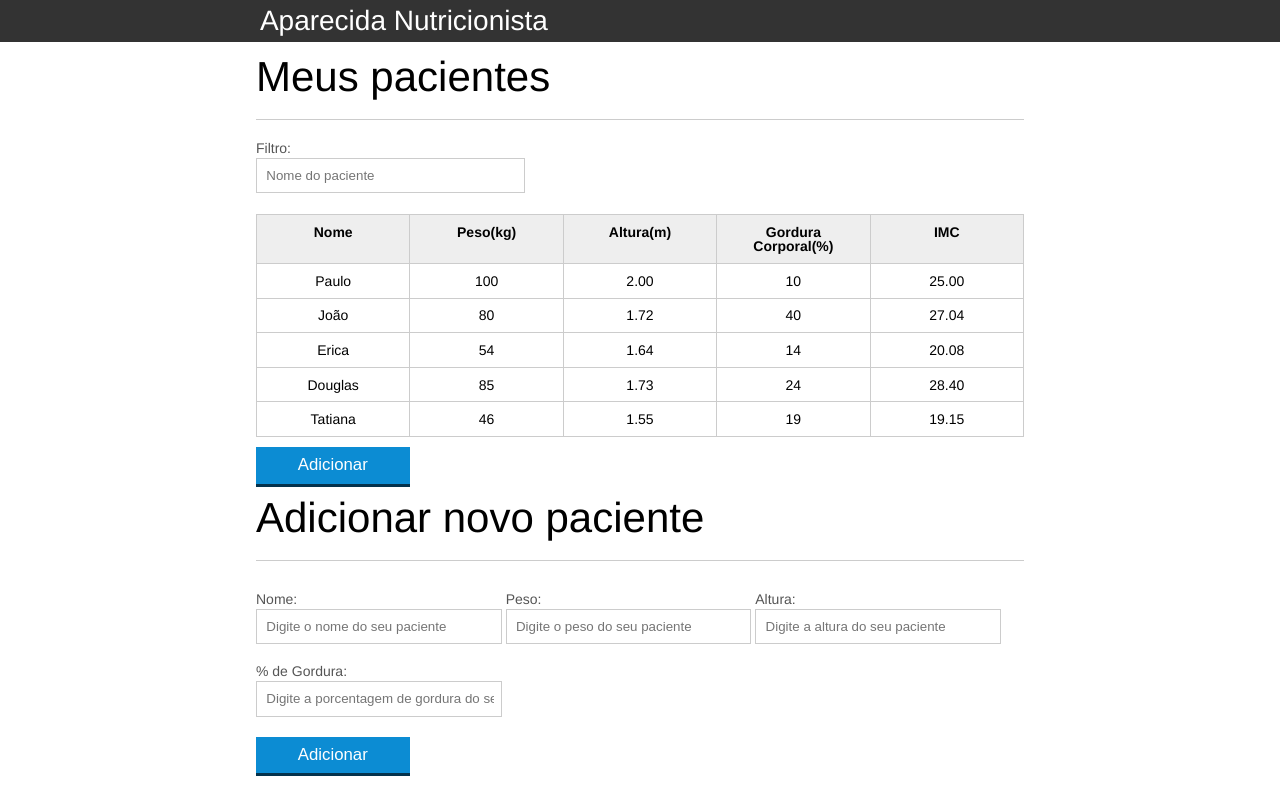
Repository: GabbLps/Controle-de-Clientes-Alura
Page: index.html
These files come from the project's save history. The page is drawn as it stood at one moment and after the next save; the edit follows.
The browser window is 1280 px wide. The pictures show the whole page.

Above is the page before, as saved 2022-05-16 11:33:39.

### index.html
<!DOCTYPE html>
<html lang="pt-br">
	<head>
		<meta charset="UTF-8">
		<title>Aparecida Nutrição</title>
		<link rel="icon" href="favicon.ico" type="image/x-icon">
		<link rel="stylesheet" type="text/css" href="css/reset.css">
		<link rel="stylesheet" type="text/css" href="css/index.css">

	</head>
	<body>

		<header>
			<div class="container">
				<h1 class="titulo">Aparecida Nutrição</h1>
			</div>
		</header>
		<main>
			<section class="container">
				<h2>Meus pacientes</h2>
				<label for="filtrar-tabela">Filtro:</label>
				<input type="text" name="filtro" id="filtrar-tabela" placeholder="Nome do paciente">
				<table>
					<thead>
						<tr>
							<th>Nome</th>
							<th>Peso(kg)</th>
							<th>Altura(m)</th>
							<th>Gordura Corporal(%)</th>
							<th>IMC</th>
						</tr>
					</thead>
					<tbody id="tabela-pacientes">
						<tr class="paciente" id="primeiro-paciente" >
							<td class="info-nome">Paulo</td>
							<td class="info-peso">100</td>
							<td class="info-altura">2.00</td>
							<td class="info-gordura">10</td>
							<td class="info-imc">0</td>
						</tr>

						<tr class="paciente" >
							<td class="info-nome">João</td>
							<td class="info-peso">80</td>
							<td class="info-altura">1.72</td>
							<td class="info-gordura">40</td>
							<td class="info-imc">0</td>
						</tr>

						<tr class="paciente" >
							<td class="info-nome">Erica</td>
							<td class="info-peso">54</td>
							<td class="info-altura">1.64</td>
							<td class="info-gordura">14</td>
							<td class="info-imc">0</td>
						</tr>

						<tr class="paciente">
							<td class="info-nome">Douglas</td>
							<td class="info-peso">85</td>
							<td class="info-altura">1.73</td>
							<td class="info-gordura">24</td>
							<td class="info-imc">0</td>
						</tr>
						<tr class="paciente" >
							<td class="info-nome">Tatiana</td>
							<td class="info-peso">46</td>
							<td class="info-altura">1.55</td>
							<td class="info-gordura">19</td>
							<td class="info-imc">0</td>
						</tr>
					</tbody>
				</table>

				<button id="adicionar-paciente" class="botao bto-principal">Adicionar</button>
			</section>
		</main>

		<section class="container">
			<h2 id="titulo-form">Adicionar novo paciente</h2>
			<ul id="mensagens-erro">

			</ul>
			<form id="form-adiciona">
				<div class="grupo">
					<label for="nome">Nome:</label>
					<input id="nome" name="nome" type="text" placeholder="Digite o nome do seu paciente" class="campo">
				</div>
				<div class="grupo">
					<label for="peso">Peso:</label>
					<input id="peso" name="peso" type="text" placeholder="Digite o peso do seu paciente" class="campo campo-medio">
				</div>
				<div class="grupo">
					<label for="altura">Altura:</label>
					<input id="altura" name="altura" type="text" placeholder="Digite a altura do seu paciente" class="campo campo-medio">
				</div>
				<div class="grupo">
					<label for="gordura">% de Gordura:</label>
					<input id="gordura" type="text" placeholder="Digite a porcentagem de gordura do seu paciente" class="campo campo-medio">
				</div>

				<button id="adicionar-paciente" class="botao bto-principal">Adicionar</button>
			</form>
		</section>

		<script src="js/calcula-imc.js"></script>
		<script src="js/form.js"></script>
		<script src="js/remover-paciente.js"></script>
		<script src="js/filtro.js"></script>

	</body>
</html>

### css/index.css
*{
	box-sizing: border-box;
 }

body{
	font-family: "Helvetica Neue", "Helvetica", Helvetica, Arial, sans-serif;
	font-size: 14px;
}

header{
	background-color: #333;
	height: 3em;
	color: #FFF;
	margin-bottom: 1em;
}

header h1{
	font-size: 2em;
	display:inline-block;
	vertical-align:	middle;
}
header h2{
	font-size: 2em;
	display:inline-block;
	vertical-align:	middle;
}

header .container:before{
	content: '';
	display:inline-block;
	height: 100%;
	vertical-align:	middle;
}

.container{
	width: 60%;
	height: 100%;
	margin: 0 auto;
}

section{
	margin: 2em 0;
	overflow: hidden;
}

section h2{
	font-size: 3em;
	display: block;
	padding-bottom: .5em;
	border-bottom: 1px solid #ccc;
	margin-bottom: .5em;
}

table{
	width: 100%;
	margin-bottom : .5em;
    table-layout: fixed;
	margin-top: 1.5em;
}

td, th {
	padding: .7em;
	margin: 0;
	border: 1px solid #ccc;
	text-align: center;
}

th{
	font-weight: bold;
	background-color: #EEE;
}

label{
	color: #555;
	display: block;
	margin-bottom: .2em;
}

.campo, #filtrar-tabela{
	margin: 0;
	padding-bottom: 1em;
	width: 100%;
	border: 1px solid #ccc;
	padding: .7em;
	width: 100%;
}

#filtrar-tabela {
	width: 35%;
}

.campo-medio{
	display: inline-block;
	padding-right: .5em;
}

.grupo{
	width: 32%;
	display: inline-block;
	padding: 10px 0px;
}

button{
	padding: .5em 2em;
	border: 0;
	border-bottom: 3px solid;
	font-size: 1.2em;
	cursor: pointer;
	margin: 0;
	margin-top: -3px;
	color: #fff;
	background-color:#0c8cd3;
	border-color: #04324c;
	width: 20%;
    display: block;
    clear: both;
    margin: 10px 0px;

}

button:active{
	margin-top:0px;
	border: 0;
}

button[disabled=disabled], button:disabled {
    background-color: gray;
	border-color: darkgray;

}

.adicionar-paciente{
    margin-top: 30px;
}

.campo-invalido{
	border: 1px solid red;
}

.paciente-invalido {
	background-color: lightcoral;
}

#mensagens-erro{
	color:red;
}

.fadeOut {
	opacity: 0;
	transition: 0.5s;
}

.invisivel {
	display: none;
}

### js/calcula-imc.js
var titulo = document.querySelector(".titulo");
titulo.textContent = "Aparecida Nutricionista";

var pacientes = document.querySelectorAll(".paciente");

for(var i = 0;i < pacientes.length; i++) {

    var paciente = pacientes[i];

    var tdPeso = paciente.querySelector(".info-peso");
    var peso = tdPeso.textContent;

    var tdAltura = paciente.querySelector(".info-altura");
    var altura = tdAltura.textContent;

    var tdImc = paciente.querySelector(".info-imc");

    var pesoEhValido = validaPeso(peso); //true or false
    var alturaEhValida = validaAltura(altura); //true or false

    if(!pesoEhValido) {
        console.log("Peso inválido!")
        pesoEhValido = false;
        tdImc.textContent = "Peso inválido!"
        paciente.classList.add("paciente-invalido");
    }

    if(!alturaEhValida) {
        console.log("Altura inválida!")
        pesoEhValido = false;
        tdImc.textContent = "Altura inválida!";
        paciente.classList.add("paciente-invalido");
    }

    if(pesoEhValido && alturaEhValida) {
        var imc = calculaImc(peso,altura);
        tdImc.textContent = imc;
    }
}

function validaPeso(peso) {
    if(peso >= 0 && peso < 1000) {
        return true;
    }else{
        return false;
    }
}

function validaAltura(altura) {
    if(altura >= 0 && altura <= 3.0) {
        return true;
    } else {
        return false;
    }
}

function calculaImc(peso,altura) {
    var imc = 0;

    imc = peso / (altura*altura);

    return imc.toFixed(2);
}

### js/form.js
var botaoAdicionar = document.querySelector("#adicionar-paciente");
botaoAdicionar.addEventListener("click", function(event) {
    event.preventDefault();

    var form = document.querySelector("#form-adiciona");
    var paciente = obtemPacienteDoFormulario(form);

    var pacienteTr = montaTr(paciente);

    var erros = validaPaciente(paciente);
    console.log(erros);

    if(erros.length > 0){
        exibeMensagensDeErro(erros);
        return;
    }

    //  Adicionando paciente na tabela
    var tabela = document.querySelector("#tabela-pacientes");

    tabela.appendChild(pacienteTr);
    form.reset();

    // Apagar conteudo de dentro da UL que contem os erros
    var mensagensErro = document.querySelector("#mensagens-erro");
    mensagensErro.innerHTML = "";
});

    function exibeMensagensDeErro(erros) {
        var ul = document.querySelector("#mensagens-erro");
        ul.innerHTML = "";
        erros.forEach(function(erro){
            var li = document.createElement("li");
            li.textContent = erro;
            ul.appendChild(li);
        });
    }

function obtemPacienteDoFormulario(form) {

    var paciente = {
        nome: form.nome.value,
        peso: form.peso.value,
        altura: form.altura.value,
        gordura: form.gordura.value,
        imc: calculaImc(form.peso.value, form.altura.value)
    }
    return paciente;
}

function montaTr(paciente){
    var pacienteTr = document.createElement("tr");  // Cria uma tr
    pacienteTr.classList.add("paciente");

    pacienteTr.appendChild(montaTd(paciente.nome, "info-nome"));   // Adiciona nomeTd dentro da Tr
    pacienteTr.appendChild(montaTd(paciente.peso, "info-peso"));
    pacienteTr.appendChild(montaTd(paciente.altura, "info-altura"));
    pacienteTr.appendChild(montaTd(paciente.gordura, "info-gordura"));
    pacienteTr.appendChild(montaTd(paciente.imc, "info-imc"));

    return pacienteTr;
}

function montaTd(dado,classe) {
    var td = document.createElement("td");  // Cria uma  td
    td.textContent = dado;   //  Adiciona um valor para essa td
    td.classList.add(classe); // Adiciona a classe no Td
    return td;
}

function validaPaciente(paciente) {

    var erros = [];

    if(paciente.nome.length == 0) {
        erros.push("O nome não pode ser em branco.");
    }

    if(!validaPeso(paciente.peso)){
        erros.push("Peso inválido!");
    }

    if(!validaAltura(paciente.altura)){
        erros.push("Altura inválida!");
    }

    if(paciente.gordura.length == 0) {
        erros.push("A gordura não pode ser em branco.");
    }

    if(paciente.peso.length == 0) {
        erros.push("O peso não pode ser em branco.");
    }

    if(paciente.altura.length == 0) {
        erros.push("A altura não pode ser em branco.");
    }
    return erros;
}

### js/remover-paciente.js
var pacientes = document.querySelectorAll(".paciente");

var tabela = document.querySelector("#tabela-pacientes");

tabela.addEventListener("dblclick", function(e){
    e.target.parentNode.classList.add("fadeOut");

    setTimeout(function(){
        e.target.parentNode.remove();
    }, 500);

      // e. target = o filho que é clicado
});  // parentNode é o pai dele.     e.target = alvoDoEvento e o parentNode = o pai dele.

/*
pacientes.forEach(function(paciente){
    paciente.addEventListener("dblclick", function(){
        console.log("Fui clicado com um duplo clique!");
        this.remove();  // this = quem for clicado ou recebe a ação/evento.
    });
});
*/

### js/filtro.js
var campoFiltro = document.querySelector("#filtrar-tabela");

campoFiltro.addEventListener("input", function(){
    console.log(this.value);
    var pacientes = document.querySelectorAll(".paciente");

    if(this.value.length > 0){

        for(var i = 0; i < pacientes.length; i++){
            var paciente = pacientes[i];
            var tdNome = paciente.querySelector(".info-nome");
            var nome = tdNome.textContent;
            var expressao = new RegExp(this.value,"i");
            if(!expressao.test(nome)) {
                paciente.classList.add("invisivel");
            } else {
                paciente.classList.remove("invisivel");
            }
        }
    } else {
        for (var i = 0; i < pacientes.length; i++) {
            var paciente = pacientes[i];
            paciente.classList.remove("invisivel");
        }
    }

});

Loaded but not shown: css/reset.css (common file)

After the next save:
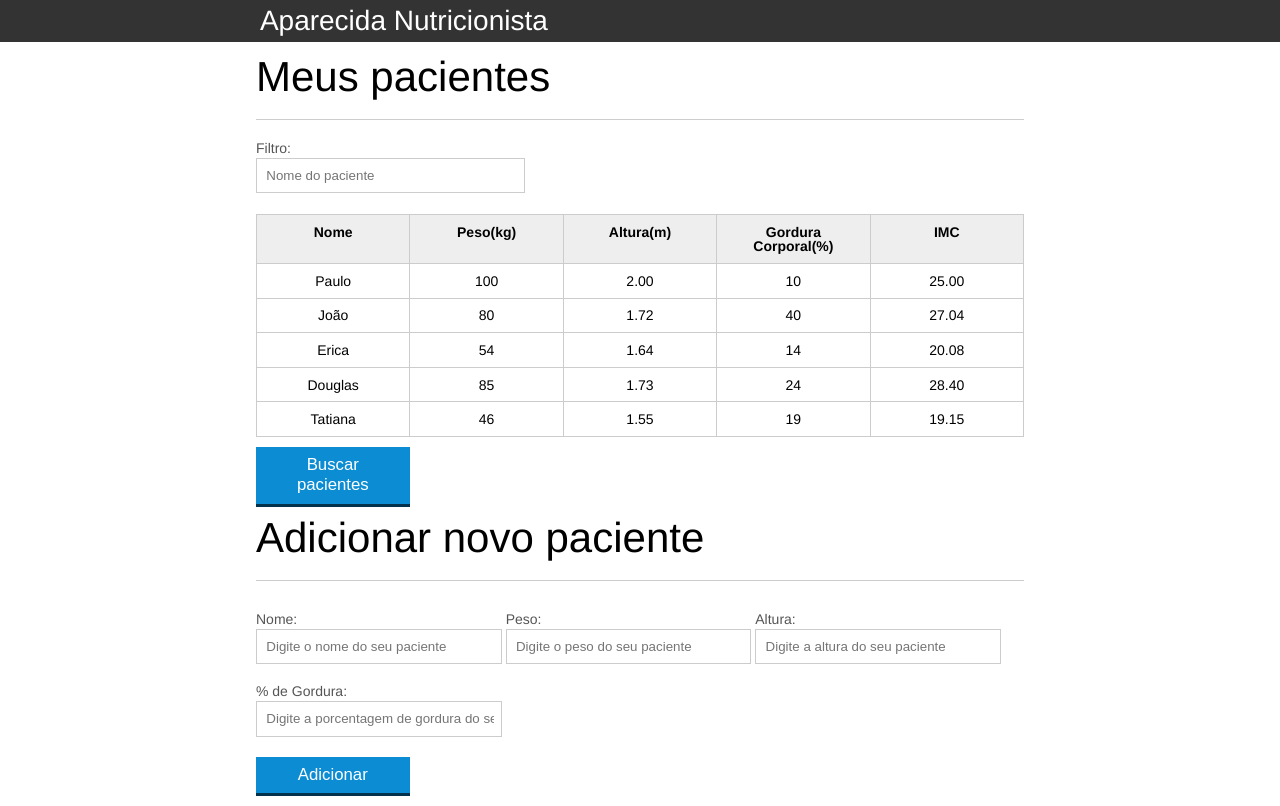
Saved 10 s later.
--- a/index.html
+++ b/index.html
@@ -72,7 +72,7 @@
 					</tbody>
 				</table>
 
-				<button id="adicionar-paciente" class="botao bto-principal">Adicionar</button>
+				<button id="adicionar-paciente" class="botao bto-principal">Buscar pacientes</button>
 			</section>
 		</main>
 
